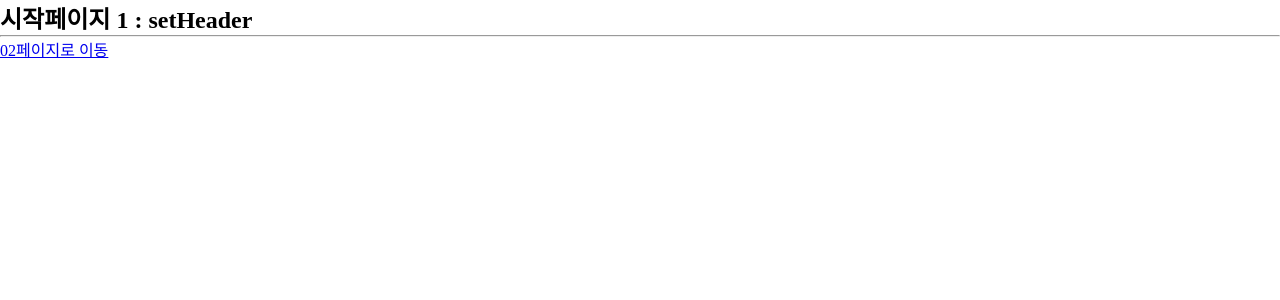
Repository: hyunh84/jsp_study
Page: http://localhost/Day03/j05_setHeader02.jsp
The author's editor kept a copy of each file at every save. The page is drawn from the files as they stood at one save, then again after the next save.
The browser window is 1280 px wide. The pictures show the whole page.
The page is served by Tomcat 9. Other server files are loaded and not shown.

Above is the page before, as saved 2015-09-12 02:27:01.

### MyWorks/Day03/WebContent/j05_setHeader02.jsp
<%@ page language="java" contentType="text/html; charset=utf-8"
    pageEncoding="utf-8"%>
<!DOCTYPE html>
<html>
<head>
<meta charset="utf-8">
<title>Insert title here</title>

<style type="text/css">
	* {margin:0; padding:0;}
	table {border-collapse:collapse; }
	table th {padding:5px; border:1px solid #777;}
	table td {padding:5px; border:1px solid #777;}
</style>
<script type="text/javascript" src="/Day03/js/jquery-1.11.3.min.js"></script>

</head>
<body>

	<h2>시작페이지 1 : setHeader</h2>
	<hr>

	<%--

	 --%>

	 <%

	 %>

	 <a href="/Day05/j05_setHeader02.jsp">02페이지로 이동</a>

</body>
</html>

Loaded but not shown: MyWorks/Day03/WebContent/js/jquery-1.11.3.min.js (library)

After the next save:
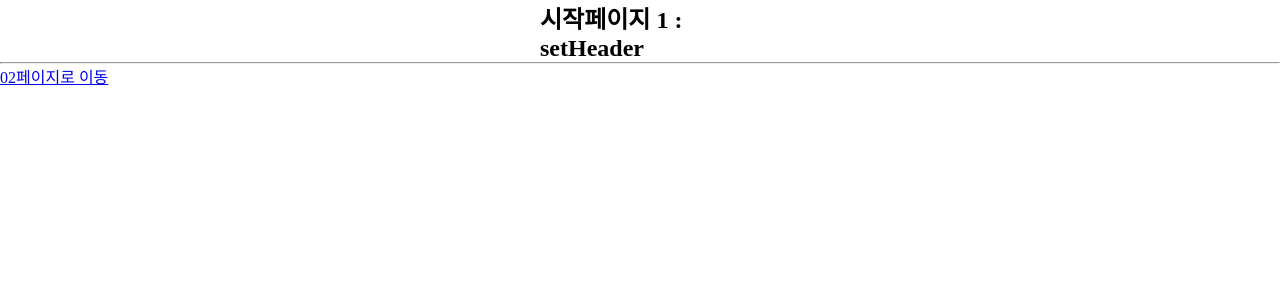
Saved 71 s later.
--- a/MyWorks/Day03/WebContent/j05_setHeader02.jsp
+++ b/MyWorks/Day03/WebContent/j05_setHeader02.jsp
@@ -17,7 +17,7 @@
 </head>
 <body>
 
-	<h2>시작페이지 1 : setHeader</h2>
+	<h2 style="width:200px; margin:0 auto;">시작페이지 1 : setHeader</h2>
 	<hr>
 
 	<%--
